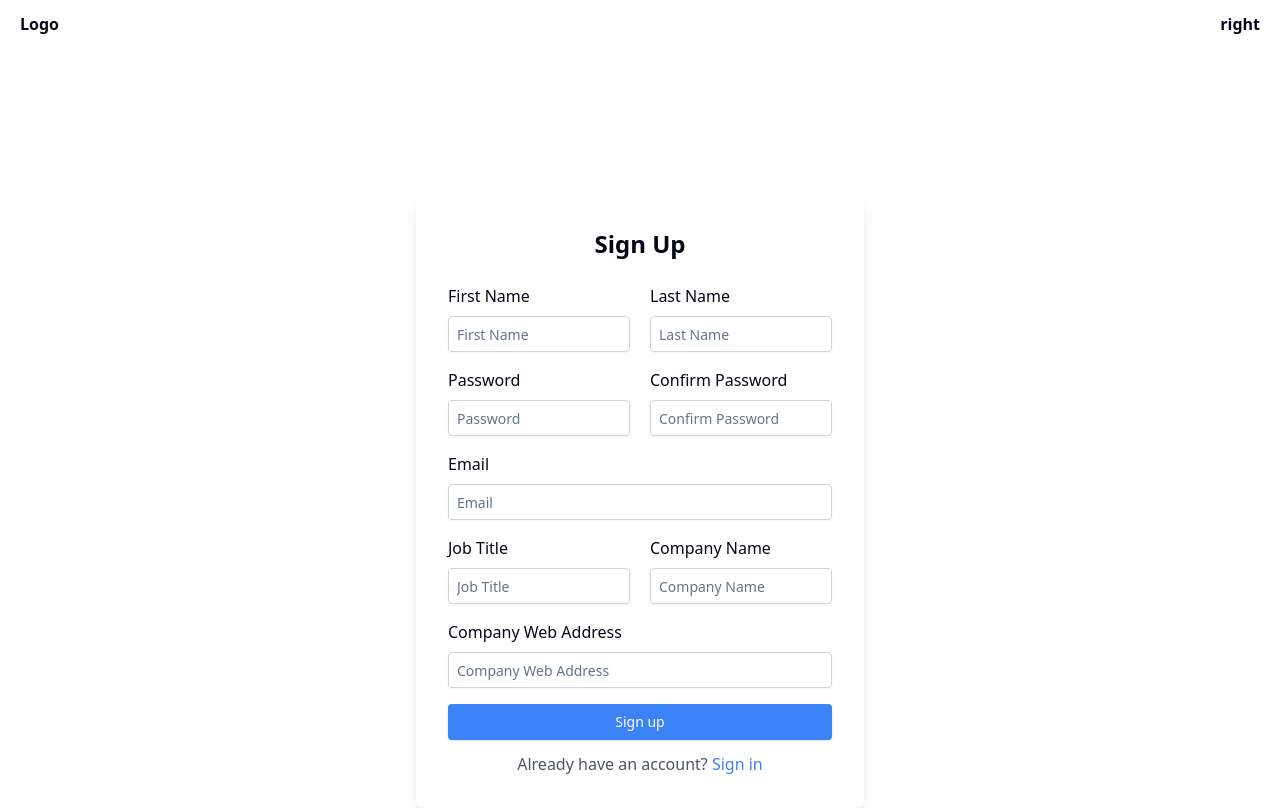
Repository: hisreal123/globalpath_fe
Page: /auth/signup
The author's editor kept a copy of each file at every save. The page is drawn from the files as they stood at one save, then again after a run of saves.
The browser window is 1280 px wide. The pictures show the whole page.
The project was rebuilt for these pictures with package versions that can differ from the ones it lists, and the page was loaded fresh each time. Also part of the build but not shown: vite.config.ts, src/components/pages/HomeComponent.tsx, src/pages/Home.tsx, src/pages/Error.tsx, src/pages/About.tsx, src/pages/Blog.tsx, src/pages/Find_jobs.tsx, src/components/Header.tsx and 2 more.

Above is the page before, as saved 2024-10-11 16:07:50.

After the next 4 saves:
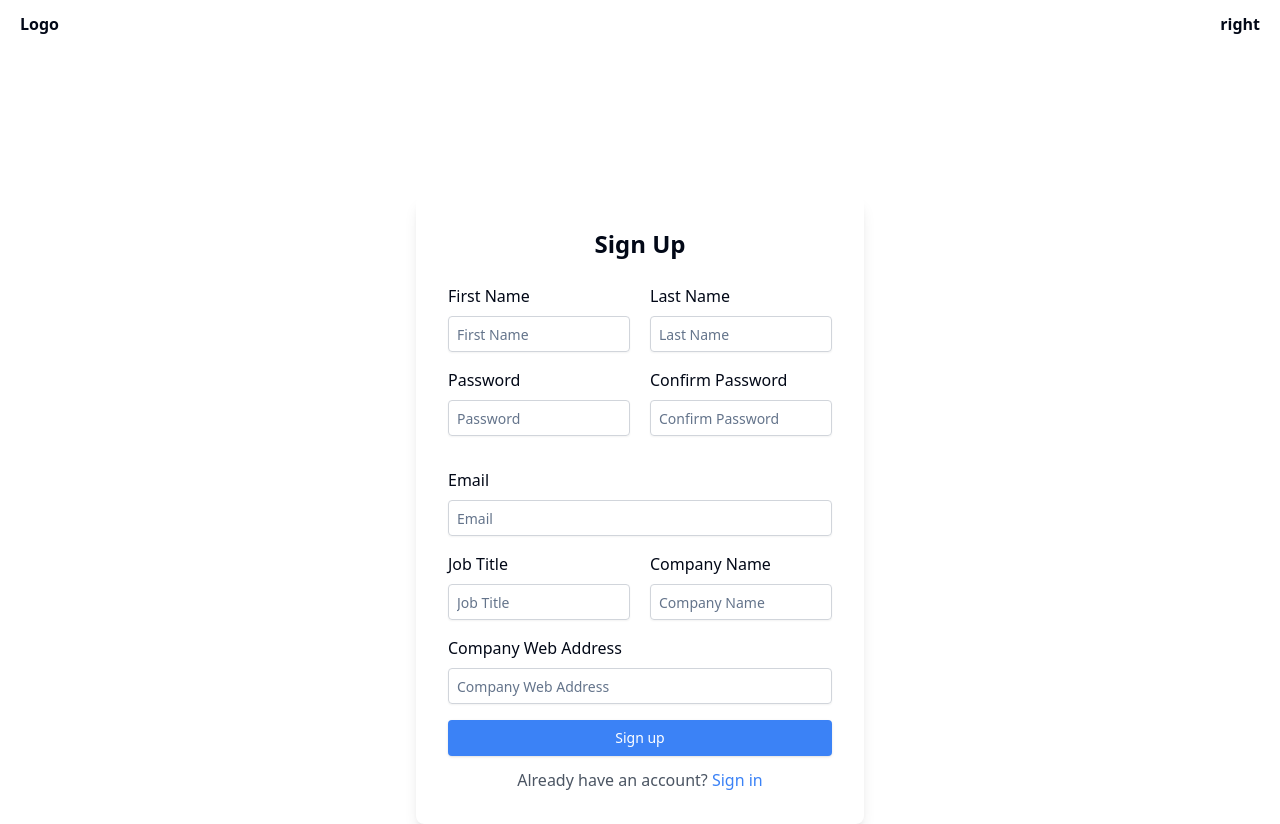
The 4 saves are shown as one change because they came seconds apart.
The last was saved 29 s later.
--- a/src/components/pages/auth/SignupComponent.tsx
+++ b/src/components/pages/auth/SignupComponent.tsx
@@ -143,6 +143,7 @@
               />
             </div>
 
+<div className="flex space-x-"></div>
             {/* Email Field */}
             <FormField
               control={form.control}

After the 2 saves that followed:
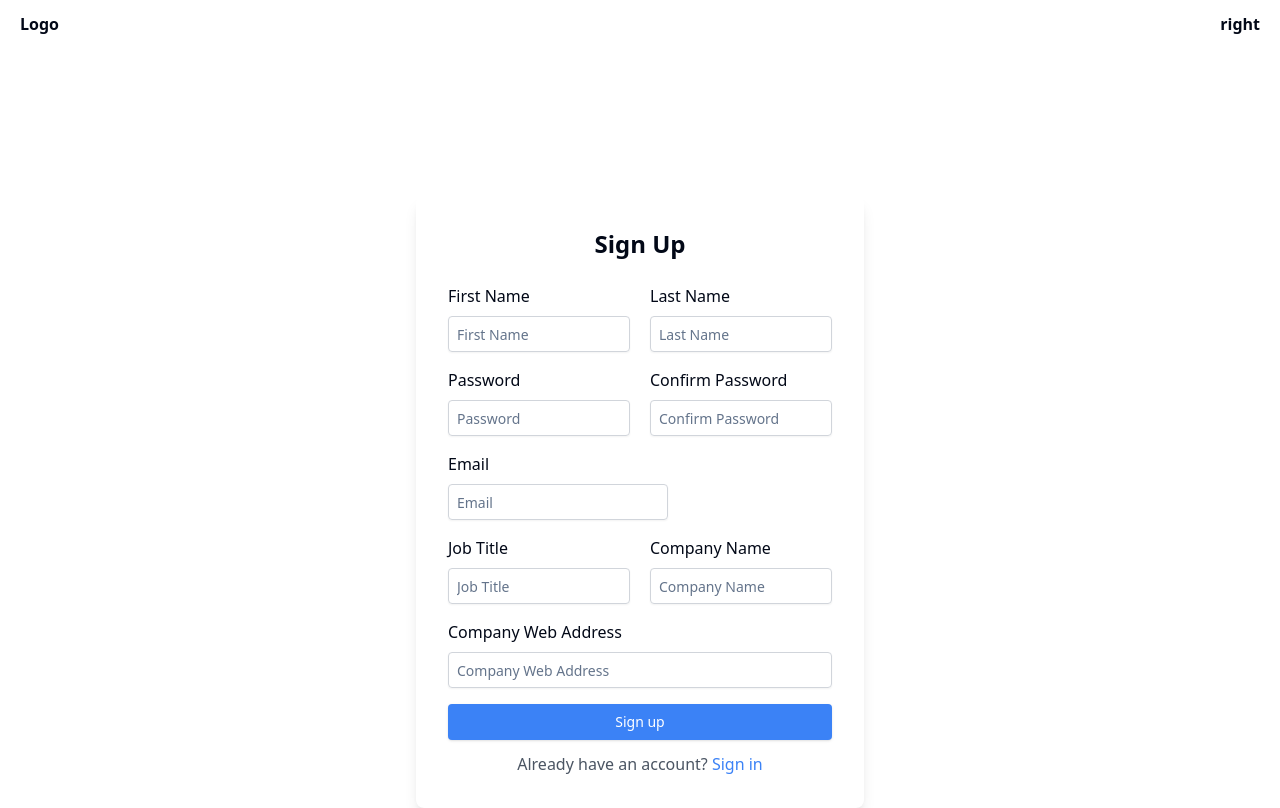
The 2 saves are shown as one change because they came seconds apart.
The last was saved 6 s later.
--- a/src/components/pages/auth/SignupComponent.tsx
+++ b/src/components/pages/auth/SignupComponent.tsx
@@ -143,7 +143,8 @@
               />
             </div>
 
-<div className="flex space-x-"></div>
+<div className="flex space-x-5">
+
             {/* Email Field */}
             <FormField
               control={form.control}
@@ -162,6 +163,7 @@
                 </FormItem>
               )}
             />
+              </div>
 
             <div className="flex space-x-5">
               {/* Job Title Field (Profile) */}
